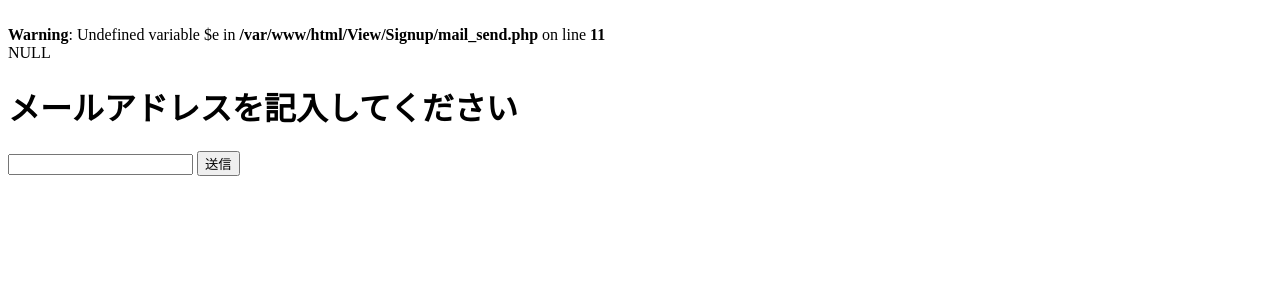
Repository: ryosuke-yamoto/BBS
Page: http://localhost/BBS_yamoto/View/Signup/mail_send.php
These files come from the project's save history. The page is drawn as it stood at one moment and after a run of saves; the edit follows.
The browser window is 1280 px wide. The pictures show the whole page.
The page is run by PHP 8.4 with error messages shown; the project is at /var/www/html/.

Above is the page before, as saved 2020-05-19 07:56:53.

After the next 2 saves:
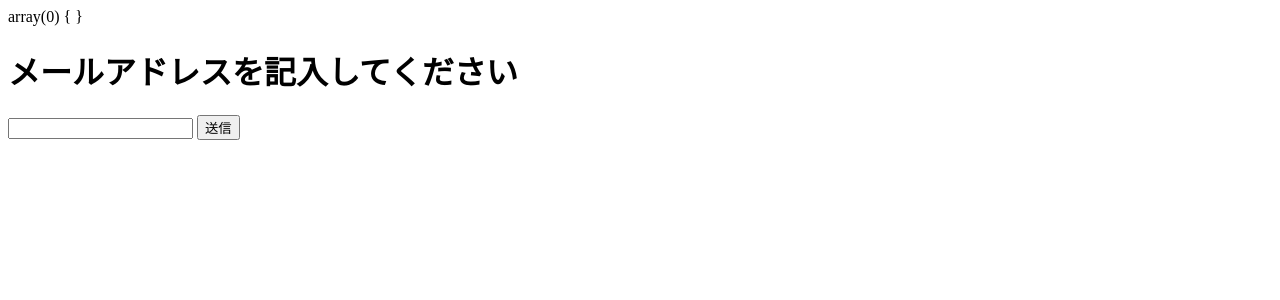
The 2 saves are shown as one change because they came seconds apart.
The last was saved 30 s later.
--- a/Model/sign_up_model.php
+++ b/Model/sign_up_model.php
@@ -1,6 +1,6 @@
 <?php
 
-
+  $e = array();
 
   function register_user_temporery($mail,$token,$pdo) {
     global $e;
